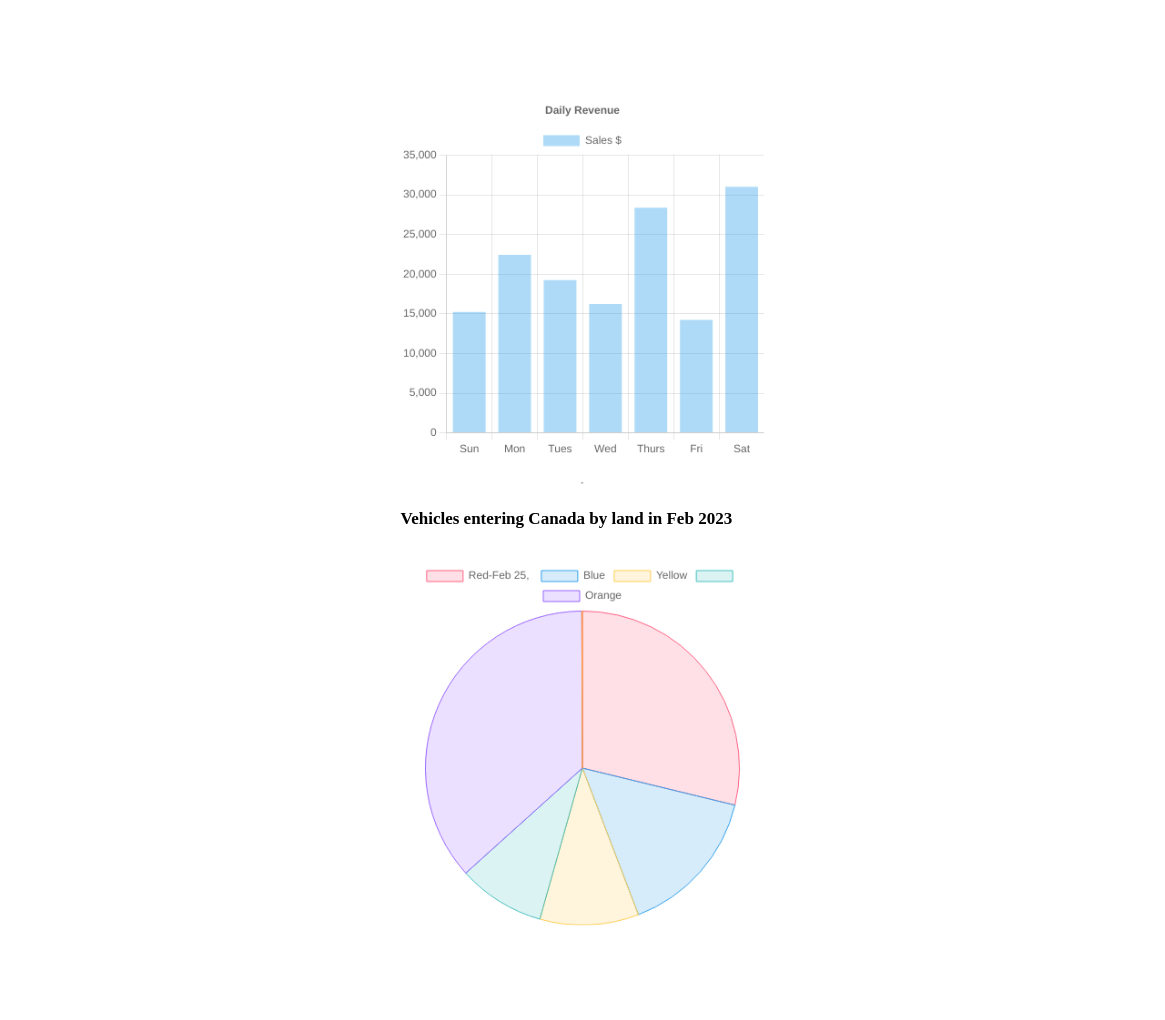
Repository: anoncoderin/dcd-charts-11week
Page: /
The author's editor kept a copy of each file at every save. The page is drawn from the files as they stood at one save, then again after the next save.
The browser window is 1280 px wide. The pictures show the whole page, at 91% of full size.
The project was rebuilt for these pictures with package versions that can differ from the ones it lists, and the page was loaded fresh each time. The framework's server and built-in components were replaced by stand-ins that run in the browser. Also part of the build but not shown: next.config.js.

Above is the page before, as saved 2023-03-24 11:52:04.

### pages/index.js
import Head from 'next/head'
import Image from 'next/image'
import styles from '@/styles/Home.module.css'
import BarChart from '@/components/BarChart'
import PieChart from '@/components/PieChart'

export default function Home() {
  return (
    <>
      <Head>
        <title>Create Next App</title>
        <meta name="description" content="Generated by create next app" />
        <meta name="viewport" content="width=device-width, initial-scale=1" />
        <link rel="icon" href="/favicon.ico" />
      </Head>
      <main className={styles.main}>
        <BarChart/>
        <br></br>
        <hr></hr>
      <div>
        <h3>Vehicles entering Canada by land in Feb 2023</h3>
        <br></br>
        <PieChart/>
        </div>
      </main>
    </>
  )
}

### components/BarChart/index.js
import { useState, useEffect } from "react"
import styles from './BarChart.module.css'

import { Bar } from 'react-chartjs-2';
import {
    Chart as ChartJS,
    CategoryScale,
    LinearScale,
    BarElement,
    Title,
    Tooltip,
    Legend
} from 'chart.js'

ChartJS.register(
    CategoryScale,
    LinearScale,
    BarElement,
    Title,
    Tooltip,
    Legend
)

export default function BarChart() {

    const [chartData, setChartData] = useState({
        datasets: []
    })

    const [chartOptions, setChartOptions] = useState({})

    useEffect(() => {
        setChartData({
            labels: ['Sun', 'Mon', 'Tues', 'Wed', 'Thurs', 'Fri', 'Sat'],
            datasets: [
                {
                    label: 'Sales $',
                    data: [15234, 22432, 19245, 16243, 28356, 14235, 31000],
                    borderColor: 'rgb(53, 162, 235)',
                    backgroundColor: 'rgb(53, 162, 235, 0.4)'
                }
            ]
        })

        setChartOptions({
            plugins: {
                legend: {
                    position: 'top'
                },
                title: {
                    display: true,
                    text: "Daily Revenue"
                }
            },
            maintainAspectRatio: false,
            responsive: true
        })
    }, [])

    return(
        <>
            <div className={styles.container}>
                <Bar data={chartData} options={chartOptions}/>
            </div>
        </>
    )
}

### components/PieChart/index.js
import { useState, useEffect } from "react";
import styles from "./PieChart.module.css";

import { Pie } from "react-chartjs-2";
import {
    Chart as ChartJS,
    ArcElement,
    Tooltip,
    Legend }
    from "chart.js";

ChartJS.register(ArcElement,
    Tooltip,
    Legend)


export default function PieChart() {
const data = {
  labels: ["Red-Feb 25, ", "Blue", "Yellow", "", "Orange"],
  datasets: [
    {
      label: "# of Votes",
      data: [1324, 708, 468, 412, 1683, 3],
      backgroundColor: [
        "rgba(255, 99, 132, 0.2)",
        "rgba(54, 162, 235, 0.2)",
        "rgba(255, 206, 86, 0.2)",
        "rgba(75, 192, 192, 0.2)",
        "rgba(153, 102, 255, 0.2)",
        "rgba(255, 159, 64, 0.2)",
      ],
      borderColor: [
        "rgba(255, 99, 132, 1)",
        "rgba(54, 162, 235, 1)",
        "rgba(255, 206, 86, 1)",
        "rgba(75, 192, 192, 1)",
        "rgba(153, 102, 255, 1)",
        "rgba(255, 159, 64, 1)",
      ],
      borderWidth: 1,
    },
  ],
};


return(
    <>
        <div className={styles.container}>
            <Pie data= {data}/>
        </div>
    </>
)
}

### components/BarChart/BarChart.module.css
.container {
    width: 400px;
    height: 400px;
}

### components/PieChart/PieChart.module.css
.container {
    width: 400px;
    height: 400px;
}

Loaded but not shown: pages/_app.js (common file); pages/_document.js (common file); styles/Home.module.css (common file); styles/globals.css (no stored copy; drawn as an empty file)

After the next save:
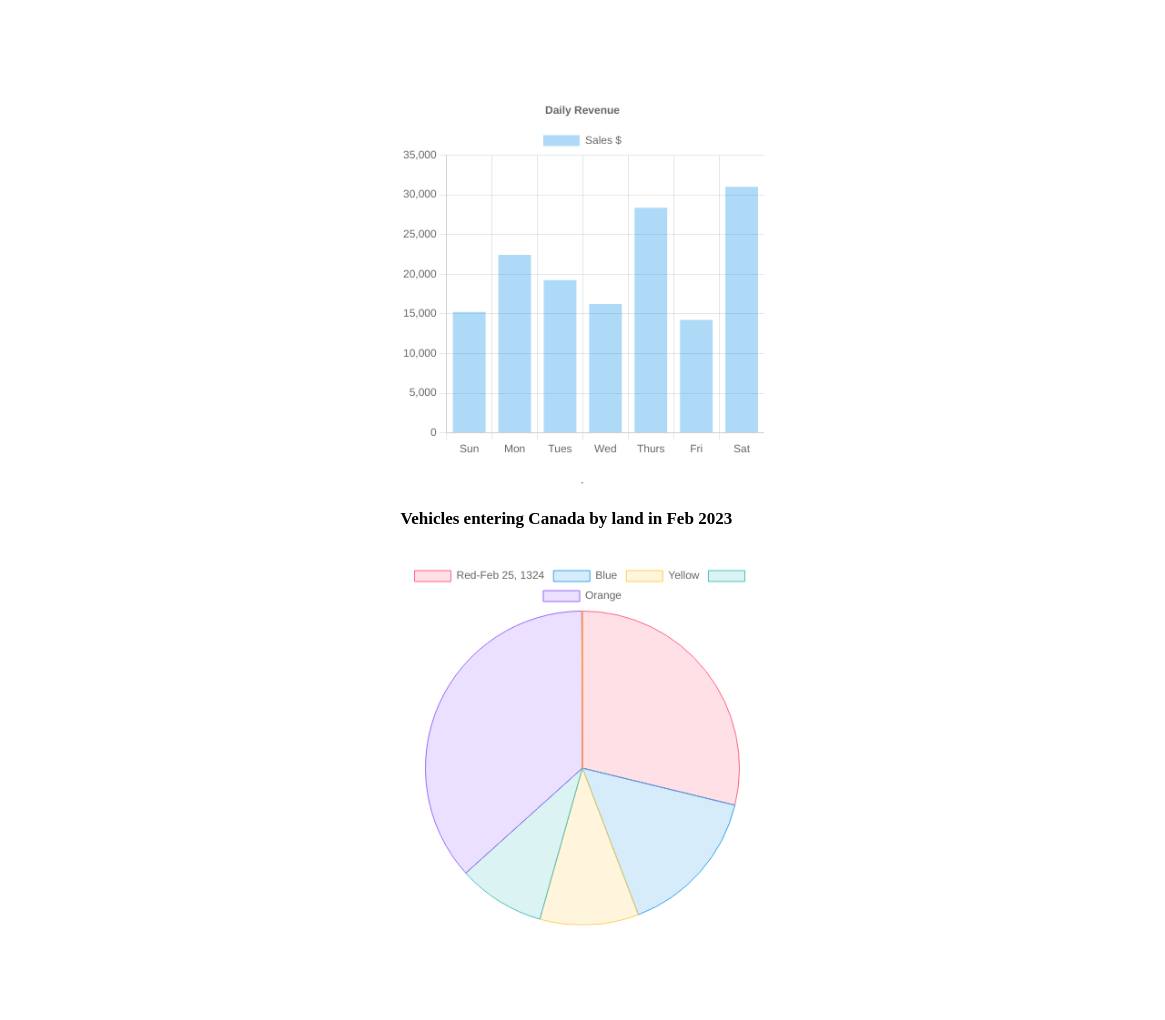
Saved 5 s later.
--- a/components/PieChart/index.js
+++ b/components/PieChart/index.js
@@ -16,7 +16,7 @@ ChartJS.register(ArcElement,
 
 export default function PieChart() {
 const data = {
-  labels: ["Red-Feb 25, ", "Blue", "Yellow", "", "Orange"],
+  labels: ["Red-Feb 25, 1324", "Blue", "Yellow", "", "Orange"],
   datasets: [
     {
       label: "# of Votes",
